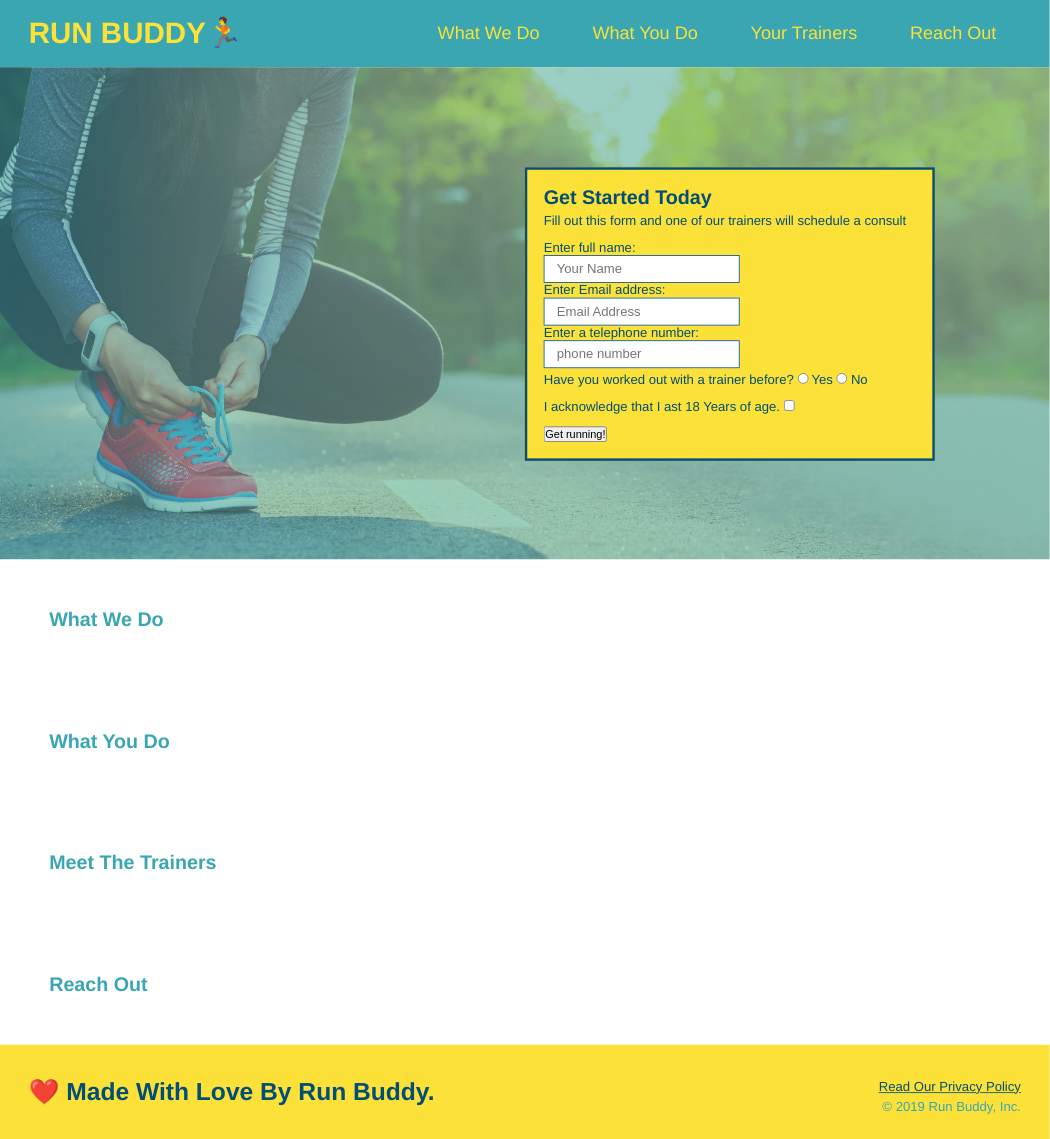
Repository: pilar122/run-buddy
Page: index.html
The author's editor kept a copy of each file at every save. The page is drawn from the files as they stood at one save, then again after a run of saves.
The browser window is 1280 px wide. The pictures show the whole page, at 82% of full size.

Above is the page before, as saved 2023-01-21 15:01:10.

After the next 2 saves:
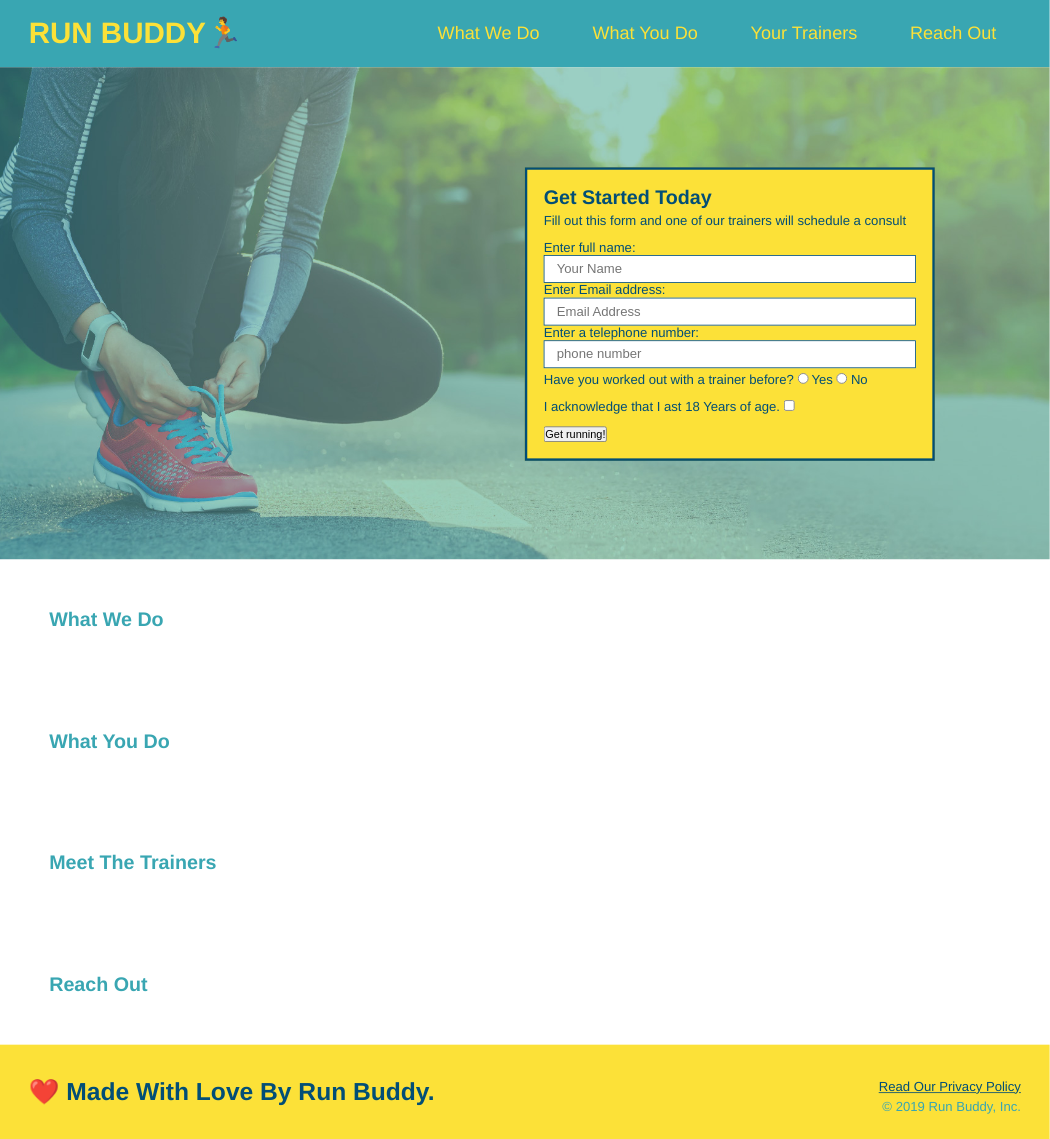
The 2 saves are shown as one change because they came seconds apart.
The last was saved 6 s later.
--- a/assets/css/style.css
+++ b/assets/css/style.css
@@ -107,5 +107,5 @@ section {
     padding: 7px 15px;
     font-size: 16px;
     color: #024e76;
-    width: ;
+    width: 100%;
 }
